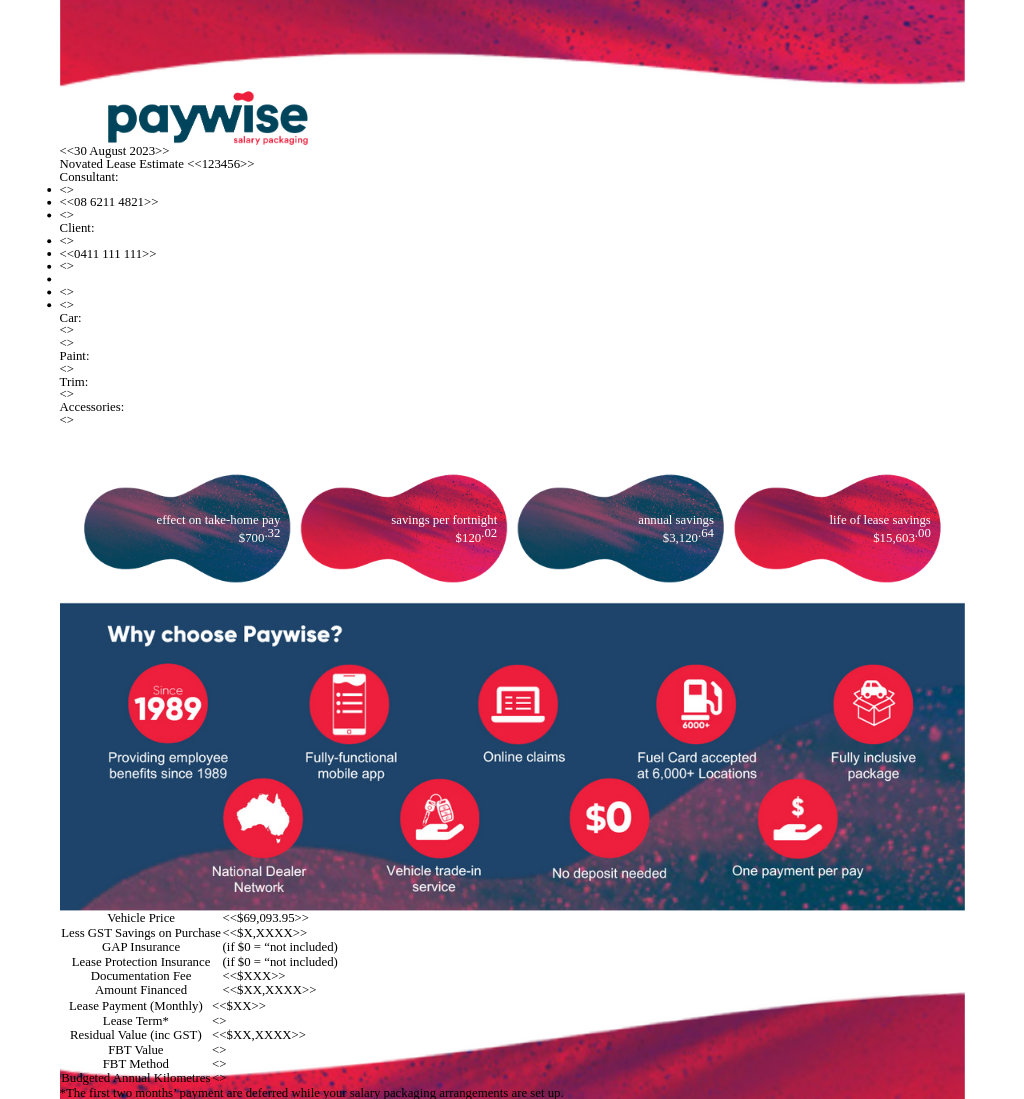
Repository: hoangtubest/novated-phong
Page: 1.html
These files come from the project's save history. The page is drawn as it stood at one moment and after the next save; the edit follows.
The browser window is 1280 px wide. The pictures show the whole page, at 80% of full size.
The style sheet was rebuilt from its Sass, Less or Tailwind sources for each picture, by a compiler version that may differ from the author's.

Above is the page before, as saved 2023-10-18 13:26:56.

### 1.html
<!DOCTYPE html>
<html lang="en">

<head>
  <meta charset="UTF-8">
  <meta name="viewport" content="width=device-width, initial-scale=1.0">
  <title>1</title>
  <link rel="stylesheet" href="./css/styles.css">
</head>

<body>
  <div class="wrapper">
    <div class="wrapper-inner wrapper-inner--v1">
      <div class="header">
        <div class="header-logo"><img src="./images/logo.png" alt="paywise salary packaging"></div>
      </div>
      <div class="pw-1-estimate">
        <p class="pw-1-estimate__time">
          <<30 August 2023>>
        </p>
        <h2 class="pw-1-estimate__title">Novated Lease Estimate <<123456>></h2>
        <div class="pw-1-estimate__content">
          <dl>
            <dt><strong>Consultant:</strong></dt>
            <dd>
              <ul>
                <li>
                  <<Edward Kennett>>
                </li>
                <li>
                  <<08 6211 4821>>
                </li>
                <li>
                  <<edward.kennett@paywise.com.au>>
                </li>
              </ul>
            </dd>
          </dl>
          <dl>
            <dt><strong>Client:</strong></dt>
            <dd>
              <ul>
                <li>
                  <<Bernie Sanders>>
                </li>
                <li>
                  <<0411 111 111>>
                </li>
                <li>
                  <<ACME Corporation>>
                </li>
                <li></li>
                <li>
                  <<FBT Status>>
                </li>
                <li>
                  <<bernie.sanders@gmail.com>>
                </li>
              </ul>
            </dd>
          </dl>
          <dl>
            <dt><strong>Car:</strong></dt>
            <dd>
              <<Description>><br>
                <<Description>>
            </dd>
          </dl>
          <dl>
            <dt></dt>
            <dd></dd>
          </dl>
          <dl>
            <dt>Paint:</dt>
            <dd>
              <<Colour>>
            </dd>
          </dl>
          <dl>
            <dt></dt>
            <dd></dd>
          </dl>
          <dl>
            <dt>Trim:</dt>
            <dd>
              <<Trim>>
            </dd>
          </dl>
          <dl>
            <dt></dt>
            <dd></dd>
          </dl>
          <dl>
            <dt>Accessories:</dt>
            <dd>
              <<Description>>
            </dd>
          </dl>
        </div>
      </div>
      <div class="pw-1-feature">
        <div class="pw-1-feature__row">
          <div class="pw-1-feature__col">
            <div class="pw-1-feature__content">
              <h3>effect on take-home pay</h3>
              <p>$700<sup>.32</sup></p>
            </div>
          </div>
          <div class="pw-1-feature__col">
            <div class="pw-1-feature__content">
              <h3>savings per fortnight</h3>
              <p>$120<sup>.02</sup></p>
            </div>
          </div>
          <div class="pw-1-feature__col">
            <div class="pw-1-feature__content">
              <h3>annual savings</h3>
              <p>$3,120<sup>.64</sup></p>
            </div>
          </div>
          <div class="pw-1-feature__col">
            <div class="pw-1-feature__content">
              <h3>life of lease savings</h3>
              <p>$15,603<sup>.00</sup></p>
            </div>
          </div>
        </div>
      </div>
      <div class="pw-1-choose">
        <img src="./images/choose_img.jpg" alt="">
      </div>
      <div class="pw-1-info">
        <h2 class="pw-1-info__title"></h2>
        <div class="pw-1-info__content">
          <div class="pw-1-info__row">
            <div class="pw-1-info__col">
              <table>
                <tbody>
                  <tr>
                    <th>Vehicle Price</th>
                    <td>
                      <<$69,093.95>>
                    </td>
                  </tr>
                  <tr>
                    <th>Less GST Savings on Purchase</th>
                    <td>
                      <<$X,XXXX>>
                    </td>
                  </tr>
                  <tr>
                    <th>GAP Insurance</th>
                    <td>(if $0 = “not included)</td>
                  </tr>
                  <tr>
                    <th>Lease Protection Insurance</th>
                    <td>(if $0 = “not included)</td>
                  </tr>
                  <tr>
                    <th>Documentation Fee</th>
                    <td>
                      <<$XXX>>
                    </td>
                  </tr>
                  <tr>
                    <th>Amount Financed</th>
                    <td>
                      <<$XX,XXXX>>
                    </td>
                  </tr>
                </tbody>
              </table>
            </div>
            <div class="pw-1-info__col">
              <table>
                <tbody>
                  <tr>
                    <th>Lease Payment (Monthly)</th>
                    <td>
                      <<$XX>>
                    </td>
                  </tr>
                  <tr>
                    <th>Lease Term*</th>
                    <td>
                      <<XX months>>
                    </td>
                  </tr>
                  <tr>
                    <th>Residual Value (inc GST)</th>
                    <td>
                      <<$XX,XXXX>>
                    </td>
                  </tr>
                  <tr>
                    <th>FBT Value</th>
                    <td>
                      <<XX,XXX>>
                    </td>
                  </tr>
                  <tr>
                    <th>FBT Method</th>
                    <td>
                      <<Method>>
                    </td>
                  </tr>
                  <tr>
                    <th>Budgeted Annual Kilometres</th>
                    <td>
                      <<XXXXXX>>
                    </td>
                  </tr>
                </tbody>
              </table>
            </div>
          </div>
          <p class="pw-1-info__note">*The first two months’ payment are deferred while your salary packaging arrangements are set up.</p>
        </div>
      </div>
    </div>
  </div>
</body>

</html>

### css/styles.scss
*,
*:before,
*:after {
  box-sizing: border-box;
}

* {
  margin: 0;
  padding: 0;
  font: inherit;
}

img,
picture,
svg,
video {
  display: block;
  max-width: 100%;
}

input,
select,
textarea {
  background-color: transparent;
  outline: none;
}

button {
  cursor: pointer;
  background-color: transparent;
  outline: none;
  border: 0;
}

body {
  min-height: 100vh;
  font-weight: 400;
  font-size: 16px;
  line-height: 1;
}

img {
  vertical-align: bottom;
  max-width: 100%;
  height: auto;
}

.wrapper-inner {
  max-width: 1131px;
  margin: 0 auto;
  position: relative;
  min-height: 100vh;

  &::before,
  &::after {
    position: absolute;
    left: 0;
    width: 100%;
    content: "";
    z-index: -1;
    background-size: cover;
  }

  &::before {
    top: 0;
    height: 192px;
    background-position: bottom center;
  }

  &::after {
    bottom: 0;
    height: 136px;
    background-position: top center;
  }

  &--v1 {
    &::before {
      background-image: url("../images/pattern_01_v1.png");
    }

    &::after {
      background-image: url("../images/pattern_02_v1.png");
    }
  }

  &--v2 {
    &::before {
      background-image: url("../images/pattern_01_v2.png");
    }

    &::after {
      background-image: url("../images/pattern_02_v2.png");
    }

    .header {
      display: flex;
      justify-content: flex-end;
    }
  }
}

.header {
  padding: 114px 60px 0;
}

.header-logo {
  width: 250px;
}

.pw-1-feature {
  padding: 60px 30px 25px;

  &__row {
    display: flex;
    gap: 13px;
  }

  &__col {
    width: 25%;
    height: 135px;
    background: url("../images/red-blob.png") no-repeat center center / 100% 100%;
    display: flex;
    align-items: center;

    &:nth-child(2n+1) {
      background-image: url("../images/inverse-blob.png");
    }
  }

  &__content {
    width: 100%;
    color: #fff;
    text-align: right;
    padding-right: 12px;
    ;
  }
}

After the next save:
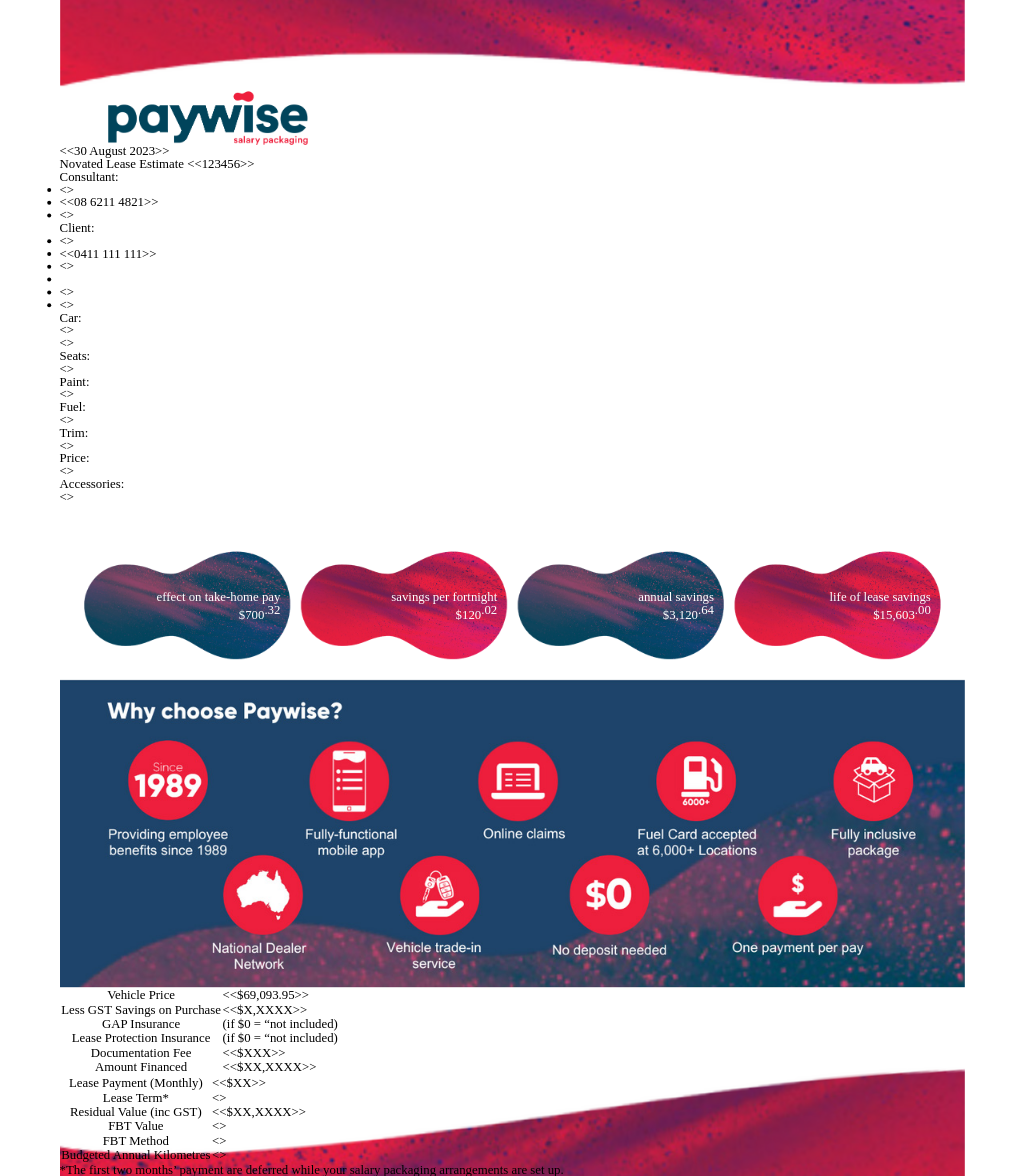
Saved 20 s later.
--- a/1.html
+++ b/1.html
@@ -67,8 +67,10 @@
             </dd>
           </dl>
           <dl>
-            <dt></dt>
-            <dd></dd>
+            <dt>Seats:</dt>
+            <dd>
+              <<Seats>>
+            </dd>
           </dl>
           <dl>
             <dt>Paint:</dt>
@@ -77,8 +79,10 @@
             </dd>
           </dl>
           <dl>
-            <dt></dt>
-            <dd></dd>
+            <dt>Fuel:</dt>
+            <dd>
+              <<Fuel>>
+            </dd>
           </dl>
           <dl>
             <dt>Trim:</dt>
@@ -87,8 +91,10 @@
             </dd>
           </dl>
           <dl>
-            <dt></dt>
-            <dd></dd>
+            <dt>Price:</dt>
+            <dd>
+              <<Price>>
+            </dd>
           </dl>
           <dl>
             <dt>Accessories:</dt>
